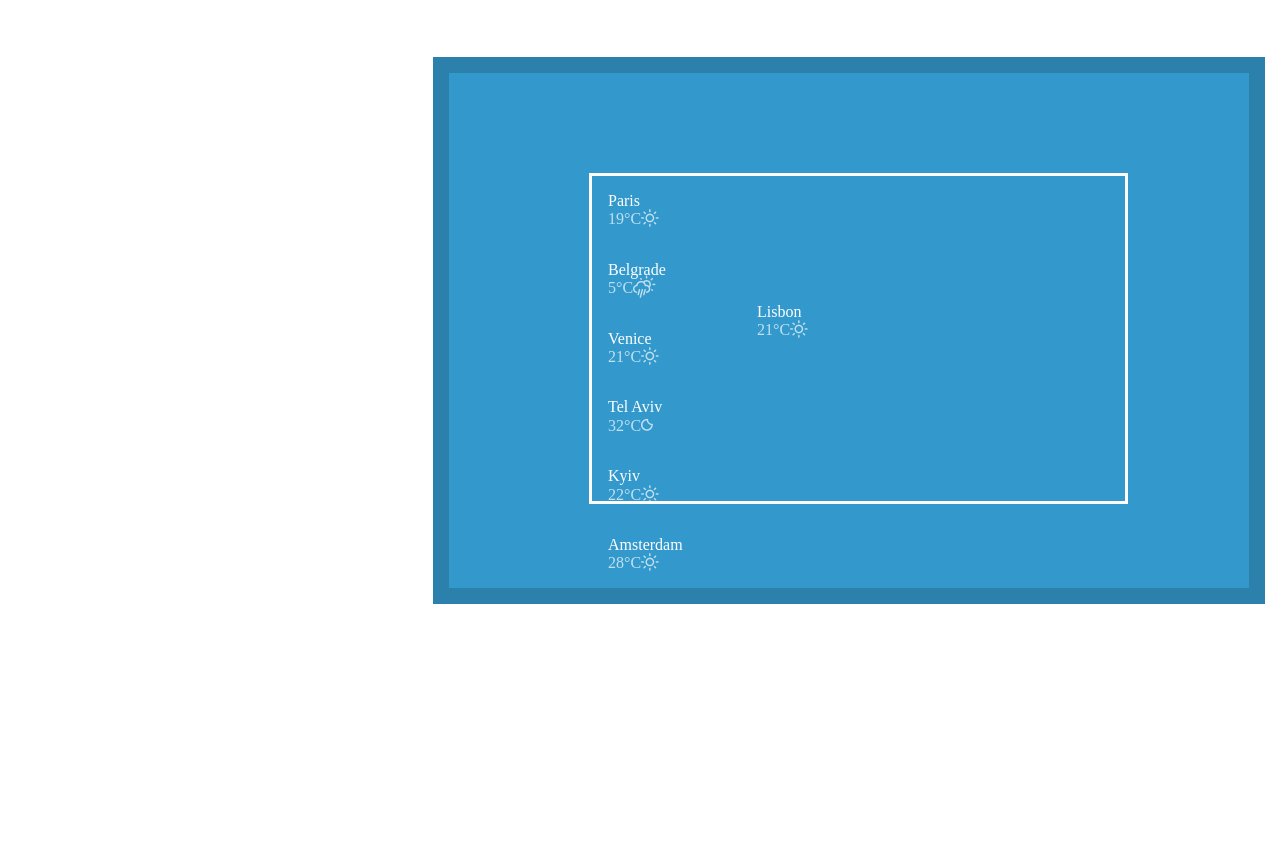
Repository: shpakovskaya/github.io
Page: boxsizing/weatherforecast/index.html
The author's editor kept a copy of each file at every save. The page is drawn from the files as they stood at one save, then again after the next save.
The browser window is 1280 px wide. The pictures show the whole page.

Above is the page before, as saved 2021-11-27 22:31:15.

After the next save:
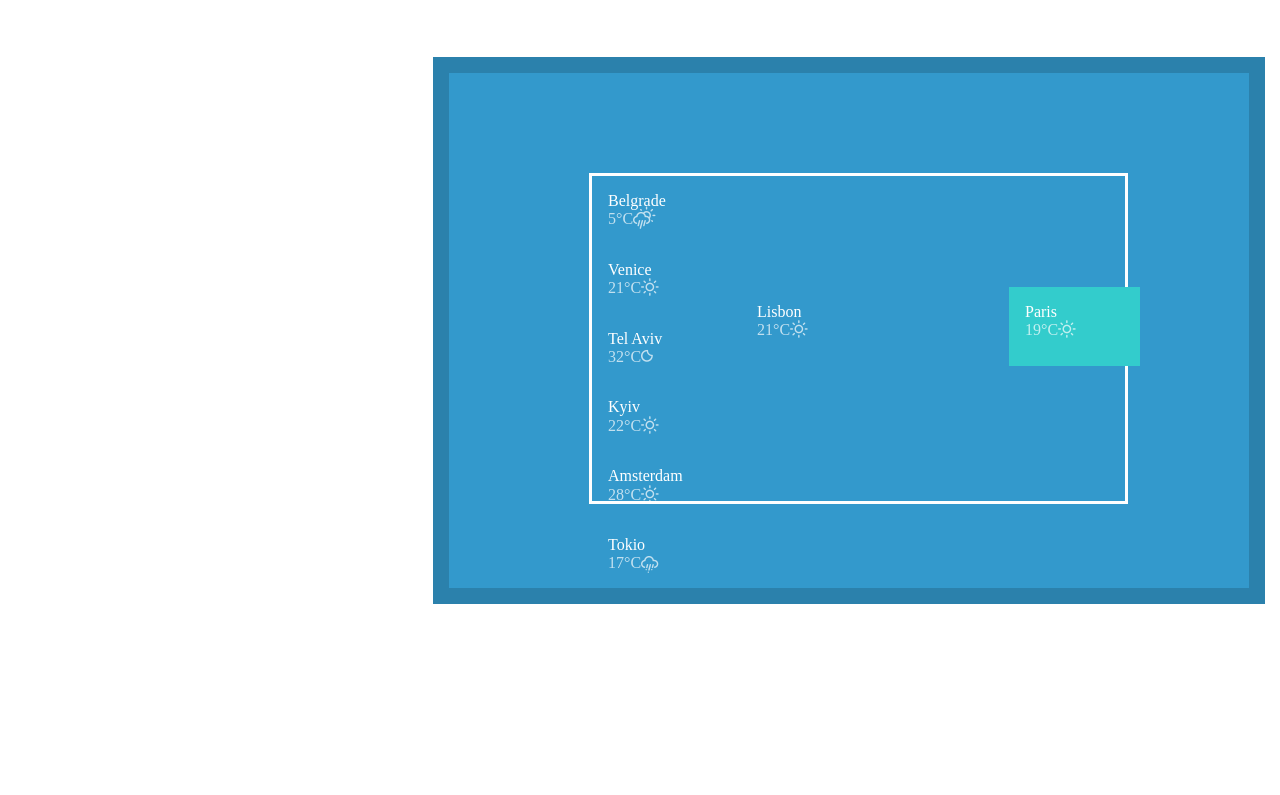
Saved 3 min 3 s later.
--- a/boxsizing/weatherforecast/style.css
+++ b/boxsizing/weatherforecast/style.css
@@ -45,3 +45,13 @@ span {
   left: 149px;
   top: 111px;
 }
+
+.e-item__2 {
+  position: absolute;
+  width: 131px;
+  height: 79px;
+  left: 417px;
+  top: 111px;
+
+  background: #33cccc;
+}
